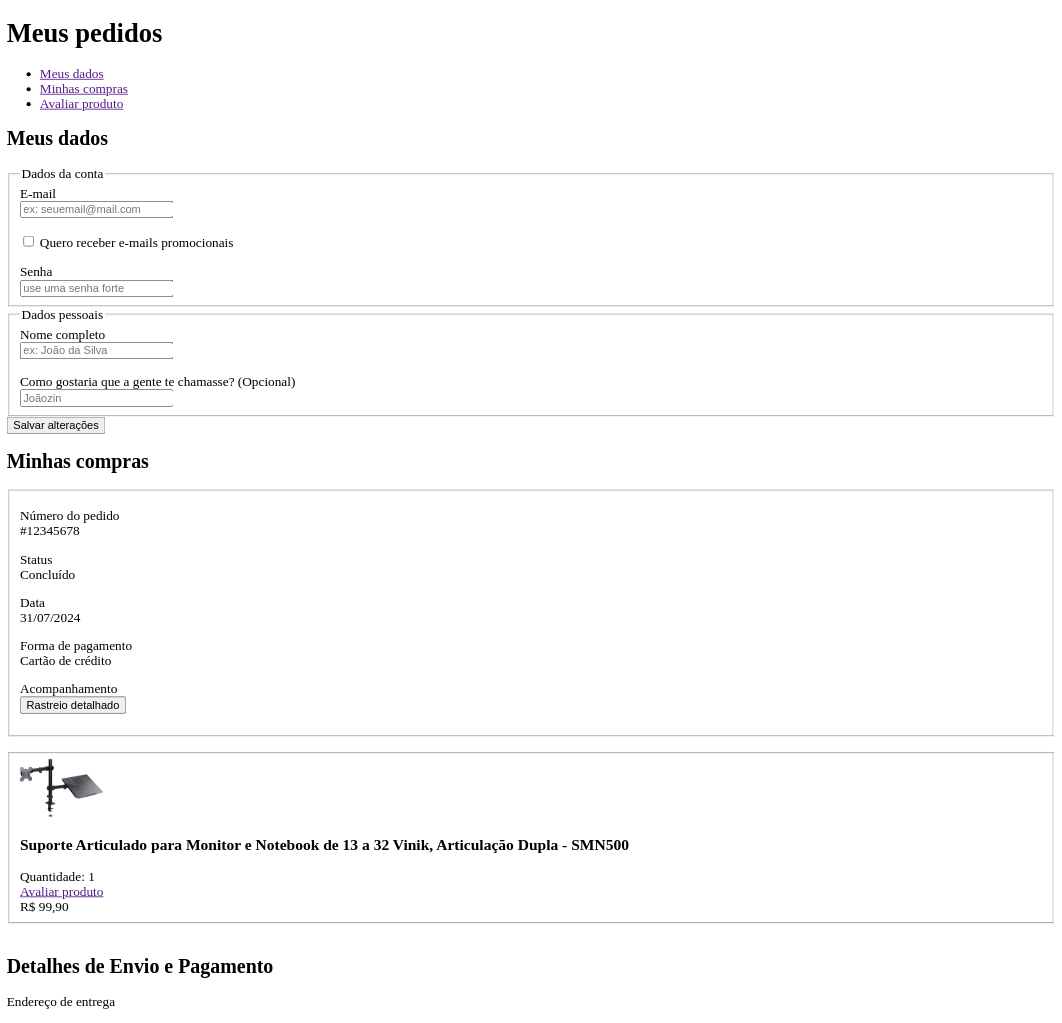
Repository: claudemir-camargo/site-compras
Page: index.html
An editor plug-in stored every save of this project. The page is shown before and after the next save, followed by the edit.
The browser window is 1280 px wide. The pictures show the whole page, at 83% of full size.

Above is the page before, as saved 2024-03-03 16:25:01.

After the next save:
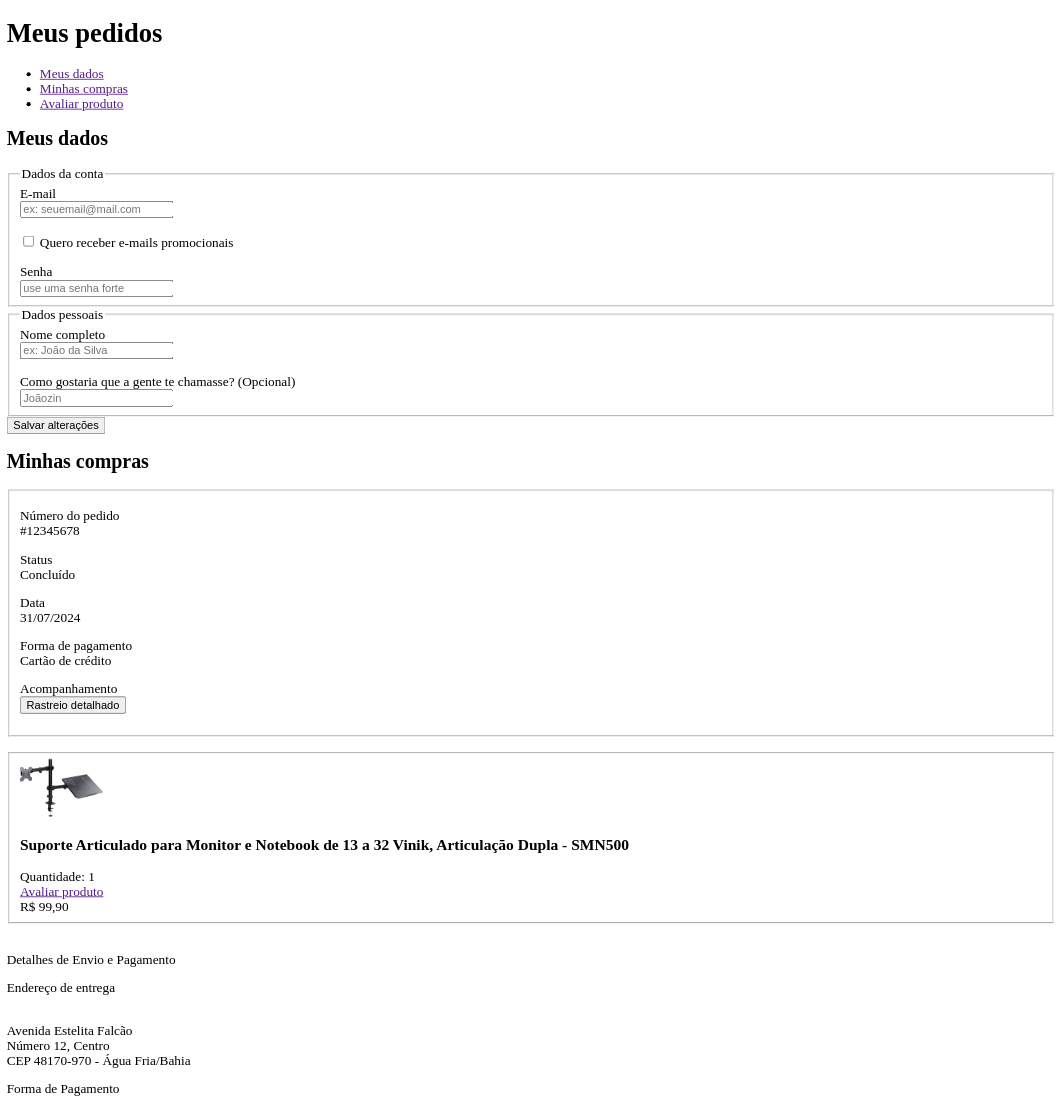
Saved 5 h 59 min later.
--- a/index.html
+++ b/index.html
@@ -60,8 +60,13 @@
         R$ 99,90
     </fieldset>
     <br>
-    <h2 onclick="toggleMenu()">Detalhes de Envio e Pagamento</h2>
-    <p>Endereço de entrega</p>
+    <p>Detalhes de Envio e Pagamento</p>
+    <p strong>Endereço de entrega</p><br>
+    Avenida Estelita Falcão<br>
+    Número 12, Centro<br>
+    CEP 48170-970 - Água Fria/Bahia
+    <br>
+    <p>Forma de Pagamento</p>
 
 
 </body>
